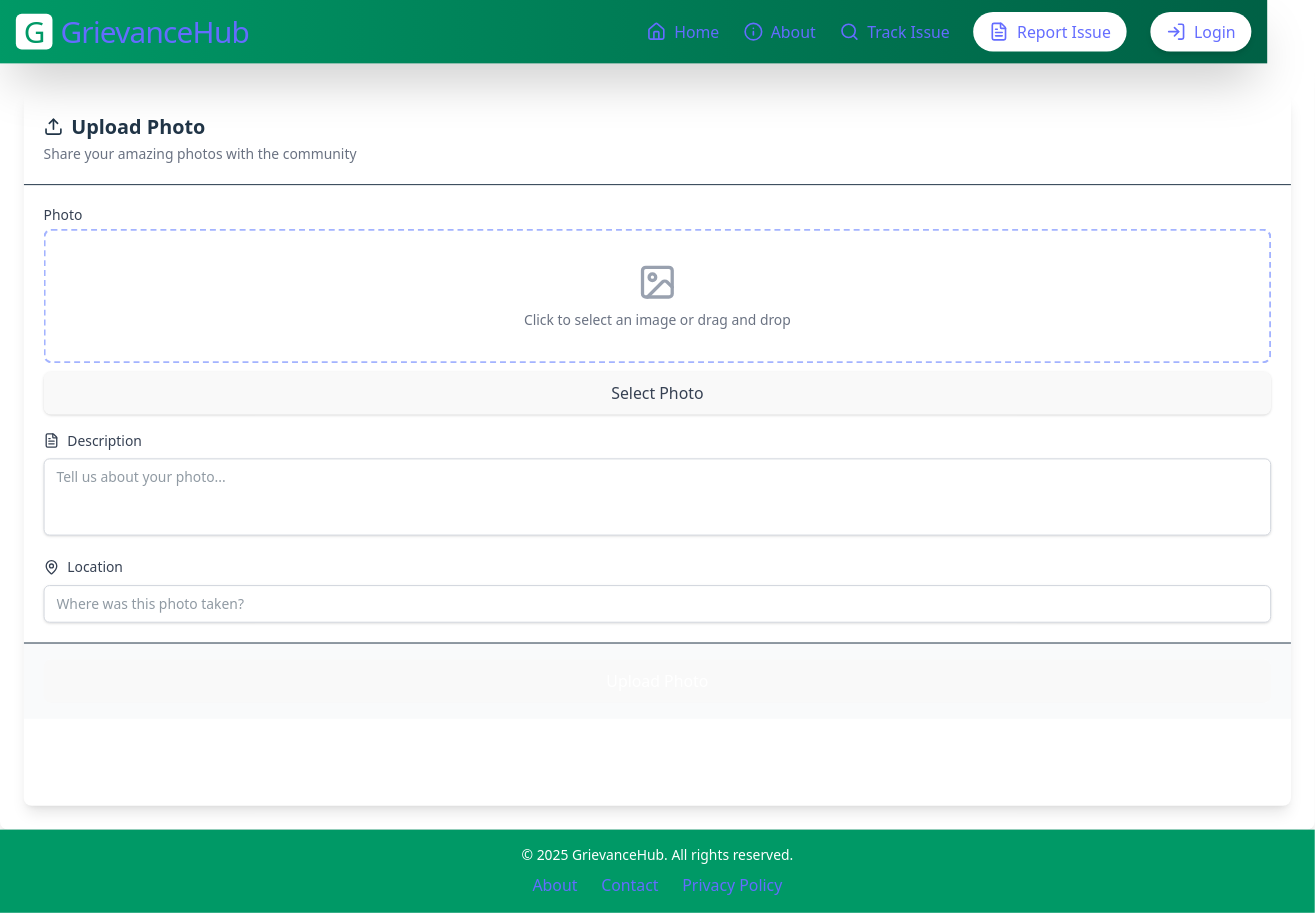
Repository: Aishi4/Grievance-Hub
Page: /report (app in my-vite-Griv/)
An editor plug-in stored every save of this project. The page is shown before and after the next save, followed by the edit.
The browser window is 1280 px wide. The page is 1328 px wide, then 1280 px, so the pictures cover 1328 px, including what lies to the right of the window. The pictures show the whole page, at 99% of full size.
The project was rebuilt for these pictures with package versions that can differ from the ones it lists, and the page was loaded fresh each time. Also part of the build but not shown: my-vite-Griv/vite.config.js, my-vite-Griv/src/Home.jsx, my-vite-Griv/src/ReportSubmit.jsx, my-vite-Griv/src/Report.jsx, my-vite-Griv/src/App.jsx, my-vite-Griv/src/About.jsx, my-vite-Griv/src/TrackIssue.jsx.

Above is the page before, as saved 2025-03-29 16:37:18.

### my-vite-Griv/src/main.jsx
import { StrictMode } from 'react'
import { createRoot } from 'react-dom/client'
import './index.css'
import App from './App.jsx'
import { Route,createBrowserRouter, createRoutesFromElements, RouterProvider } from 'react-router'
import Layout from './Layout.jsx'
import Home from './Home.jsx'
import Report from './Report.jsx'
import About from './About.jsx'
import TrackIssue from './TrackIssue.jsx'
import ReportSubmit from './ReportSubmit.jsx'
import UploadPhoto from './UploadPhoto.jsx'

const router = createBrowserRouter(
  createRoutesFromElements(
    <Route path='/' element={<Layout />}>
      <Route path="" element={<Home />} />
      <Route path="report" element={<UploadPhoto />} />
      <Route path="about" element={<About />} />
      <Route path="track" element={<TrackIssue />} />

    </Route>
  )
)

createRoot(document.getElementById('root')).render(
  <StrictMode>




    <RouterProvider router={router} />

  </StrictMode>,
)

### my-vite-Griv/src/Layout.jsx
import { Outlet } from "react-router-dom";
import Navbar from "./Navbar";
import React from "react";
import Footer from "./Footer";

function Layout() {
  return (
    <div className="min-h-screen flex flex-col">
      <Navbar />
      <div className="flex-grow pt-[70px]"> {/* Adjust this padding based on navbar height */}
        <Outlet />
      </div>
      <Footer />
    </div>
  );
}
export default Layout;

### my-vite-Griv/src/UploadPhoto.jsx
"use client"

import { useState, useRef } from "react"
import { supabase } from "./supabase"
import { v4 as uuidv4 } from "uuid"
import { Upload, ImageIcon, MapPin, FileText, X, Check, Loader2 } from "lucide-react"
import { motion, AnimatePresence } from "framer-motion"

export default function UploadPhoto() {
  const [file, setFile] = useState(null)
  const [preview, setPreview] = useState(null)
  const [description, setDescription] = useState("")
  const [location, setLocation] = useState("")
  const [uploadStatus, setUploadStatus] = useState("")
  const [isUploading, setIsUploading] = useState(false)
  const [uploadCode, setUploadCode] = useState(null)
  const fileInputRef = useRef(null)

  const handleFileChange = (e) => {
    const selectedFile = e.target.files?.[0] || null
    setFile(selectedFile)

    if (selectedFile) {
      const reader = new FileReader()
      reader.onload = () => {
        setPreview(reader.result)
      }
      reader.readAsDataURL(selectedFile)
    } else {
      setPreview(null)
    }
  }

  const clearFile = () => {
    setFile(null)
    setPreview(null)
    if (fileInputRef.current) {
      fileInputRef.current.value = ""
    }
  }

  const handleUpload = async () => {
    if (!file) {
      setUploadStatus("Please select a file")
      return
    }

    setIsUploading(true)
    setUploadStatus("Uploading...")

    try {
      const uniqueCode = uuidv4().slice(0, 6) // Generate a 6-character code
      const filePath = `uploads/${uniqueCode}-${file.name}`

      // Upload image to Supabase Storage
      const { data: uploadData, error: uploadError } = await supabase.storage.from("images").upload(filePath, file)

      if (uploadError) {
        throw new Error(uploadError.message)
      }

      // Get the public URL of the uploaded file
      const { data: publicUrlData } = supabase.storage.from("images").getPublicUrl(filePath)
      const imageUrl = publicUrlData.publicUrl

      // Insert into Supabase database
      const { data: insertData, error: insertError } = await supabase
        .from("photos")
        .insert([{ code: uniqueCode, image_url: imageUrl, description, location, status: "Under Review" }])

      if (insertError) {
        throw new Error(insertError.message)
      }

      // Success
      setUploadCode(uniqueCode)
      setUploadStatus("success")
      setFile(null)
      setPreview(null)
      setDescription("")
      setLocation("")
    } catch (error) {
      setUploadStatus(`Error: ${error.message}`)
    } finally {
      setIsUploading(false)
    }
  }

  const resetForm = () => {
    setFile(null)
    setPreview(null)
    setDescription("")
    setLocation("")
    setUploadStatus("")
    setUploadCode(null)
    if (fileInputRef.current) {
      fileInputRef.current.value = ""
    }
  }

    return (
      <div className="flex justify-center items-center min-h-screen min-w-screen bg-white">
  <div className="bg-white p-6 rounded-lg shadow-lg w-full">
    <div className="w-full min-h-screen min-w-screen mx-auto bg-white rounded-lg shadow-lg overflow-hidden">
      <div className="p-5 border-b">
        <div className="flex items-center gap-2 text-xl font-semibold">
          <Upload className="h-5 w-5" />
          <span>Upload Photo</span>
        </div>
        <p className="text-sm text-gray-500 mt-1">Share your amazing photos with the community</p>
      </div>

      <div className="p-5 space-y-4">
        <AnimatePresence mode="wait">
          {uploadStatus === "success" ? (
            <motion.div
              initial={{ opacity: 0, y: 20 }}
              animate={{ opacity: 1, y: 0 }}
              exit={{ opacity: 0, y: -20 }}
              className="bg-green-50 p-6 rounded-lg text-center"
            >
              <motion.div
                initial={{ scale: 0 }}
                animate={{ scale: 1 }}
                transition={{ delay: 0.2, type: "spring" }}
                className="w-16 h-16 bg-green-100 rounded-full flex items-center justify-center mx-auto mb-4"
              >
                <Check className="h-8 w-8 text-green-600" />
              </motion.div>
              <h3 className="text-lg font-medium text-green-800 mb-2">Upload Successful!</h3>
              <p className="text-green-700 mb-4">Your photo has been uploaded and is under review.</p>
              <div className="bg-green-100 p-3 rounded-md inline-block">
                <p className="text-sm text-green-800">
                  Your code: <span className="font-mono font-bold">{uploadCode}</span>
                </p>
              </div>
              <button
                onClick={resetForm}
                className="mt-4 w-full py-2 px-4 border border-gray-300 rounded-md text-sm font-medium text-gray-700 bg-white hover:bg-gray-50 focus:outline-none focus:ring-2 focus:ring-offset-2 focus:ring-indigo-500 transition-colors"
              >
                Upload Another Photo
              </button>
            </motion.div>
          ) : (
            <motion.div initial={{ opacity: 0 }} animate={{ opacity: 1 }} exit={{ opacity: 0 }} className="space-y-4">
              <div className="space-y-2">
                <label htmlFor="photo" className="block text-sm font-medium text-gray-700 mb-1">
                  Photo
                </label>
                <div className="relative">
                  <input
                    ref={fileInputRef}
                    id="photo"
                    type="file"
                    accept="image/*"
                    onChange={handleFileChange}
                    className="hidden"
                  />

                  <AnimatePresence>
                    {preview ? (
                      <motion.div
                        initial={{ opacity: 0 }}
                        animate={{ opacity: 1 }}
                        exit={{ opacity: 0 }}
                        className="relative aspect-video mb-2 rounded-lg overflow-hidden border-2 border-dashed border-indigo-300"
                      >
                        <img src={preview || "/placeholder.svg"} alt="Preview" className="w-full h-full object-cover" />
                        <button
                          className="absolute top-2 right-2 h-8 w-8 rounded-full bg-red-500 text-white flex items-center justify-center hover:bg-red-600 transition-colors"
                          onClick={clearFile}
                        >
                          <X className="h-4 w-4" />
                        </button>
                      </motion.div>
                    ) : (
                      <motion.div
                        initial={{ opacity: 0 }}
                        animate={{ opacity: 1 }}
                        exit={{ opacity: 0 }}
                        className="border-2 border-dashed border-indigo-300 rounded-lg p-8 text-center cursor-pointer hover:bg-gray-50 transition-colors"
                        onClick={() => fileInputRef.current?.click()}
                      >
                        <motion.div
                          whileHover={{ scale: 1.05 }}
                          whileTap={{ scale: 0.98 }}
                          className="flex flex-col items-center gap-2"
                        >
                          <ImageIcon className="h-10 w-10 text-gray-400" />
                          <p className="text-sm text-gray-500">Click to select an image or drag and drop</p>
                        </motion.div>
                      </motion.div>
                    )}
                  </AnimatePresence>

                  <button
                    type="button"
                    className="w-full mt-2 py-2 px-4 border border-gray-300 rounded-md shadow-sm text-sm font-medium text-gray-700 bg-white hover:bg-gray-50 focus:outline-none focus:ring-2 focus:ring-offset-2 focus:ring-indigo-500 transition-colors"
                    onClick={() => fileInputRef.current?.click()}
                  >
                    {file ? "Change Photo" : "Select Photo"}
                  </button>
                </div>
              </div>

              <div className="space-y-2">
                <label htmlFor="description" className="flex items-center gap-2 text-sm font-medium text-gray-700">
                  <FileText className="h-4 w-4" />
                  <span>Description</span>
                </label>
                <textarea
                  id="description"
                  placeholder="Tell us about your photo..."
                  value={description}
                  onChange={(e) => setDescription(e.target.value)}
                  className="w-full px-3 py-2 border border-gray-300 rounded-md shadow-sm focus:outline-none focus:ring-indigo-500 focus:border-indigo-500 sm:text-sm resize-none"
                  rows={3}
                />
              </div>

              <div className="space-y-2">
                <label htmlFor="location" className="flex items-center gap-2 text-sm font-medium text-gray-700">
                  <MapPin className="h-4 w-4" />
                  <span>Location</span>
                </label>
                <input
                  id="location"
                  type="text"
                  placeholder="Where was this photo taken?"
                  value={location}
                  onChange={(e) => setLocation(e.target.value)}
                  className="w-full px-3 py-2 border border-gray-300 rounded-md shadow-sm focus:outline-none focus:ring-indigo-500 focus:border-indigo-500 sm:text-sm"
                />
              </div>

              {uploadStatus && uploadStatus !== "success" && uploadStatus !== "Uploading..." && (
                <motion.div
                  initial={{ opacity: 0, y: 10 }}
                  animate={{ opacity: 1, y: 0 }}
                  className="text-red-500 text-sm p-2 bg-red-50 rounded"
                >
                  {uploadStatus}
                </motion.div>
              )}
            </motion.div>
          )}
        </AnimatePresence>
      </div>

      <div className="px-5 py-4 bg-gray-50 border-t">
        {uploadStatus !== "success" && (
          <button
            onClick={handleUpload}
            disabled={isUploading || !file}
            className={`w-full py-2 px-4 rounded-md text-sm font-medium text-white focus:outline-none focus:ring-2 focus:ring-offset-2 focus:ring-indigo-500 transition-colors ${
              isUploading || !file ? "bg-indigo-300 cursor-not-allowed" : "bg-indigo-600 hover:bg-indigo-700"
            }`}
          >
            {isUploading ? (
              <span className="flex items-center justify-center">
                <Loader2 className="mr-2 h-4 w-4 animate-spin" />
                Uploading...
              </span>
            ) : (
              <>Upload Photo</>
            )}
          </button>
        )}
      </div>
                </div>
            </div>
            </div>
  )
}

### my-vite-Griv/src/Navbar.jsx
import React, { useState } from 'react';
import { Link } from "react-router-dom";
import { motion } from "framer-motion";
import { Home, Info, Search, FileText, LogIn } from "lucide-react";

const Navbar = () => {
  const [isHovered, setIsHovered] = useState(null);

  const navItems = [
    {
      to: "/",
      label: "Home",
      icon: Home
    },
    {
      to: "/about",
      label: "About",
      icon: Info
    },
    {
      to: "/track",
      label: "Track Issue",
      icon: Search
    },
    {
      to: "/report",
      label: "Report Issue",
      icon: FileText,
      special: true
    }
  ];

  return (
    <motion.nav
      initial={{ opacity: 0, y: -50 }}
      animate={{ opacity: 1, y: 0 }}
      transition={{ duration: 0.6, type: "spring", stiffness: 50 }}
      className="fixed w-full z-50 bg-gradient-to-r from-emerald-600 to-emerald-800 text-white shadow-2xl"
    >
      <div className="container mx-auto px-4 py-3 flex justify-between items-center">
        {/* Logo with Hover Effect */}
        <motion.div
          whileHover={{ scale: 1.1 }}
          whileTap={{ scale: 0.95 }}
        >
          <Link
            to="/"
            className="text-3xl font-extrabold tracking-tight flex items-center space-x-2"
          >
            <span className="bg-white text-emerald-600 px-2 rounded-md">G</span>
            <span>GrievanceHub</span>
          </Link>
        </motion.div>

        {/* Navigation Links and Login */}
        <div className="flex items-center space-x-6">
          {navItems.map((item, index) => (
            <motion.div
              key={item.to}
              onHoverStart={() => setIsHovered(index)}
              onHoverEnd={() => setIsHovered(null)}
              className="relative"
            >
              <Link
                to={item.to}
                className={`
                  flex items-center space-x-2
                  ${item.special
                    ? 'bg-white text-emerald-600 px-4 py-2 rounded-full'
                    : 'text-white hover:text-emerald-200'}
                  transition-all duration-300
                `}
              >
                <item.icon size={20} />
                <span>{item.label}</span>
              </Link>

              {!item.special && isHovered === index && (
                <motion.div
                  layoutId="underline"
                  className="absolute bottom-[-6px] left-0 right-0 h-1 bg-white rounded-full"
                  initial={{ width: 0 }}
                  animate={{ width: '100%' }}
                />
              )}
            </motion.div>
          ))}

          {/* Login Button */}
          <motion.div
            whileHover={{ scale: 1.05 }}
            whileTap={{ scale: 0.95 }}
          >
            <Link
              to="/login"
              className="flex items-center space-x-2 bg-white text-emerald-700 px-4 py-2 rounded-full font-semibold shadow-md hover:bg-emerald-50 transition-all duration-300"
            >
              <LogIn size={20} />
              <span>Login</span>
            </Link>
          </motion.div>
        </div>
      </div>
    </motion.nav>
  );
};

export default Navbar;

### my-vite-Griv/src/Footer.jsx
const Footer = () => {
    return (
      <footer className="w-full bg-emerald-600 text-white py-4 text-center">
        <p className="text-sm">&copy; {new Date().getFullYear()} GrievanceHub. All rights reserved.</p>
        <div className="flex justify-center space-x-6 mt-2">
          <a href="/about" className="hover:underline">About</a>
          <a href="/contact" className="hover:underline">Contact</a>
          <a href="/privacy" className="hover:underline">Privacy Policy</a>
        </div>
      </footer>
    );
};
export default Footer;

### my-vite-Griv/src/supabase.js
import { createClient } from "@supabase/supabase-js";

const SUPABASE_URL = "https://sttpmwjxcnlfphnplylt.supabase.co";
const SUPABASE_ANON_KEY =
  "eyJhbGciOiJIUzI1NiIsInR5cCI6IkpXVCJ9.eyJpc3MiOiJzdXBhYmFzZSIsInJlZiI6InN0dHBtd2p4Y25sZnBobnBseWx0Iiwicm9sZSI6ImFub24iLCJpYXQiOjE3NDMyMjY0NzYsImV4cCI6MjA1ODgwMjQ3Nn0.PveWFl7QQpdJSmyEdTsNMzChrysuaJmnoFUdfG0cV_4";

export const supabase = createClient(SUPABASE_URL, SUPABASE_ANON_KEY);

Loaded but not shown: my-vite-Griv/index.html (common file); my-vite-Griv/src/index.css (common file)

After the next save:
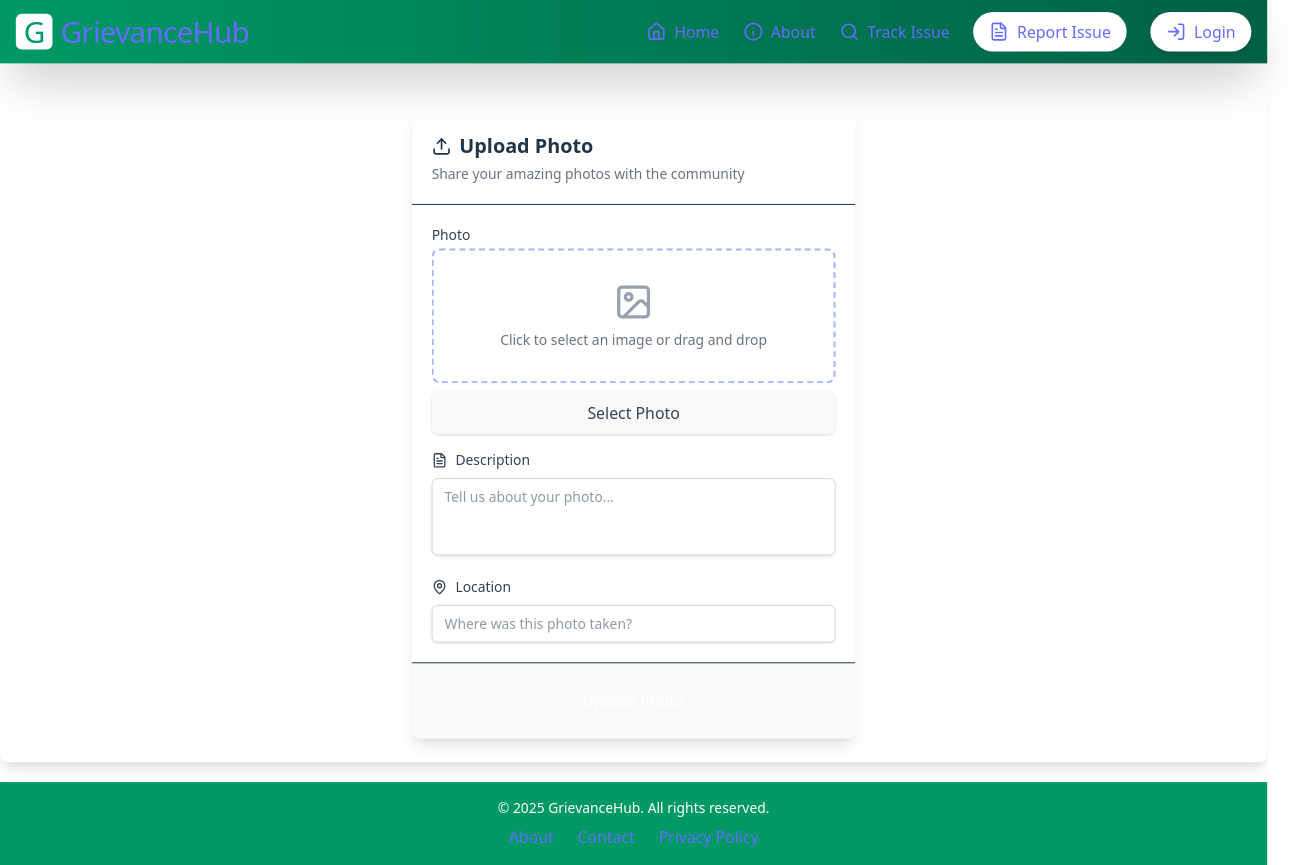
Saved 11 s later.
--- a/my-vite-Griv/src/UploadPhoto.jsx
+++ b/my-vite-Griv/src/UploadPhoto.jsx
@@ -101,7 +101,7 @@ export default function UploadPhoto() {
     return (
       <div className="flex justify-center items-center min-h-screen min-w-screen bg-white">
   <div className="bg-white p-6 rounded-lg shadow-lg w-full">
-    <div className="w-full min-h-screen min-w-screen mx-auto bg-white rounded-lg shadow-lg overflow-hidden">
+    <div className="w-full max-w-md mx-auto bg-white rounded-lg shadow-lg overflow-hidden">
       <div className="p-5 border-b">
         <div className="flex items-center gap-2 text-xl font-semibold">
           <Upload className="h-5 w-5" />
